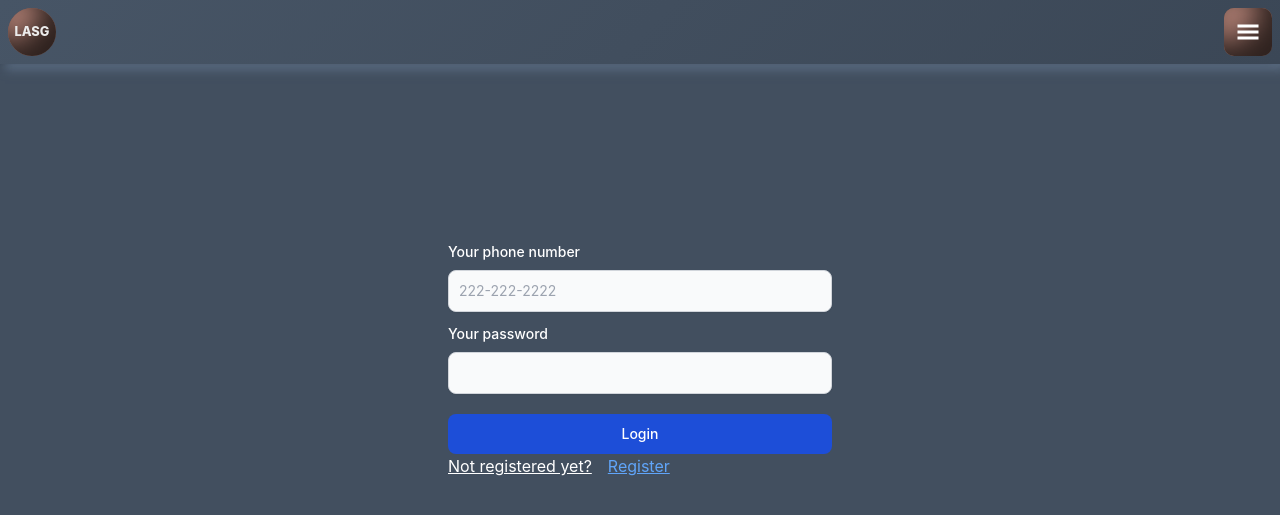
Repository: ShindanoSingi/LA-Swahili-Group
Page: /login (app in client/)
These files come from the project's save history. The page is drawn as it stood at one moment and after the next save; the edit follows.
The browser window is 1280 px wide. The pictures show the whole page.
The project was rebuilt for these pictures with package versions that can differ from the ones it lists, and the page was loaded fresh each time. Also part of the build but not shown: client/src/pages/error/Error.css, client/src/pages/error/Error.js, client/src/pages/home/Home.js, client/src/pages/about/About.js, client/src/pages/contact/Contact.js, client/src/pages/userDashBoard/UserDashBoard.js, client/src/pages/superUsersDashBoard/SuperUsersDashBoard.js.

Above is the page before, as saved 2024-02-11 14:47:19.

After the next save:
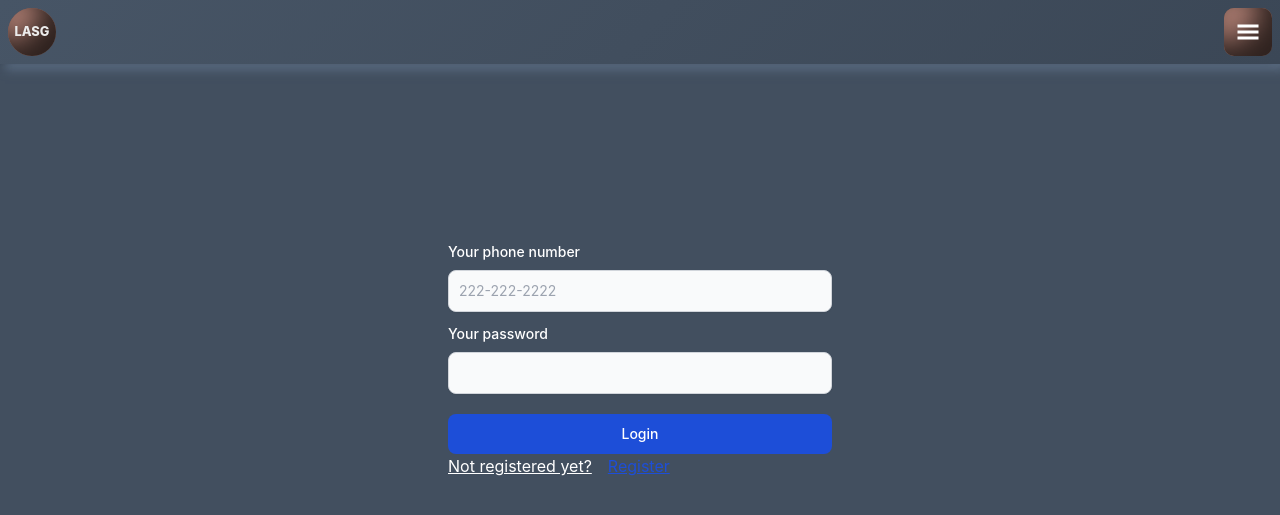
Saved 9 s later.
--- a/client/src/pages/login/Login.js
+++ b/client/src/pages/login/Login.js
@@ -50,7 +50,7 @@ function Login() {
                                     </button>
                                     <div className="flex gap-4">
                                           <p className="text-white text-center underline">Not registered yet?</p>
-                                          <p className="text-blue-400 text-center underline">Register</p>
+                                          <p className="text-blue-700 text-center underline">Register</p>
                                     </div>
 
                               </div>
